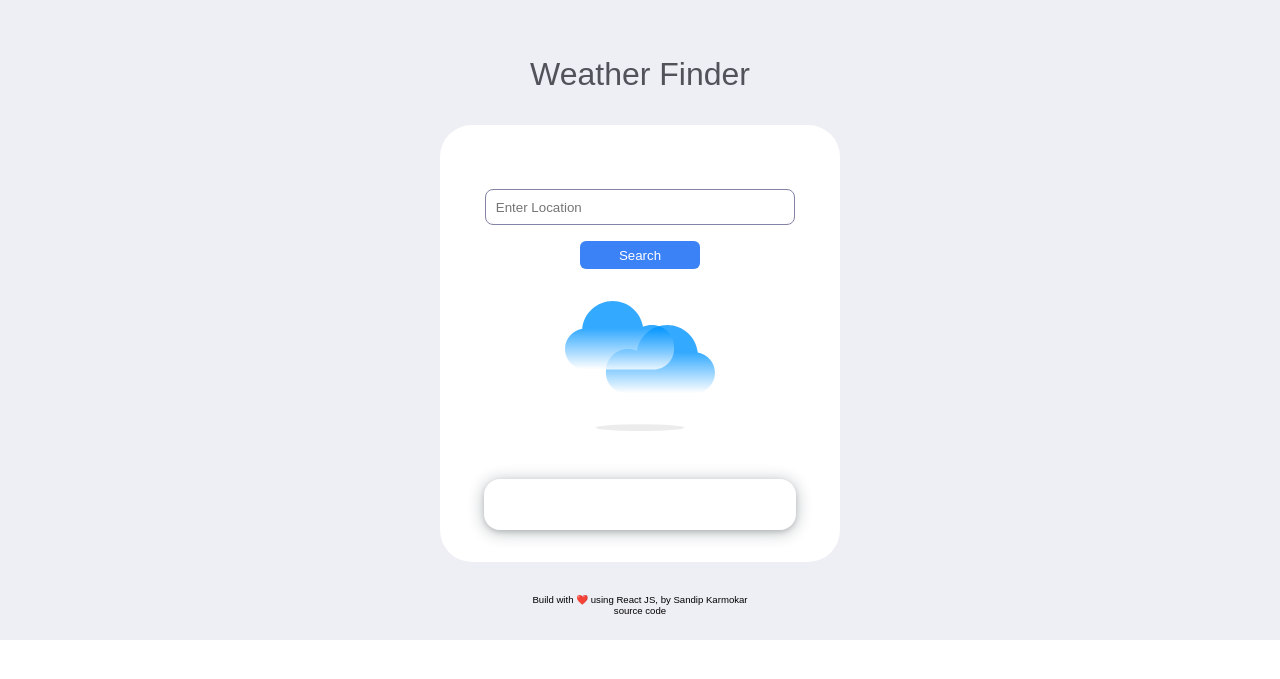
Repository: sandipkarmokar/weather-app
Page: /
The author's editor kept a copy of each file at every save. The page is drawn from the files as they stood at one save, then again after the next save.
The browser window is 1280 px wide. The pictures show the whole page.
The project was rebuilt for these pictures with package versions that can differ from the ones it lists, and the page was loaded fresh each time.

Above is the page before, as saved 2022-04-29 18:51:02.

After the next save:
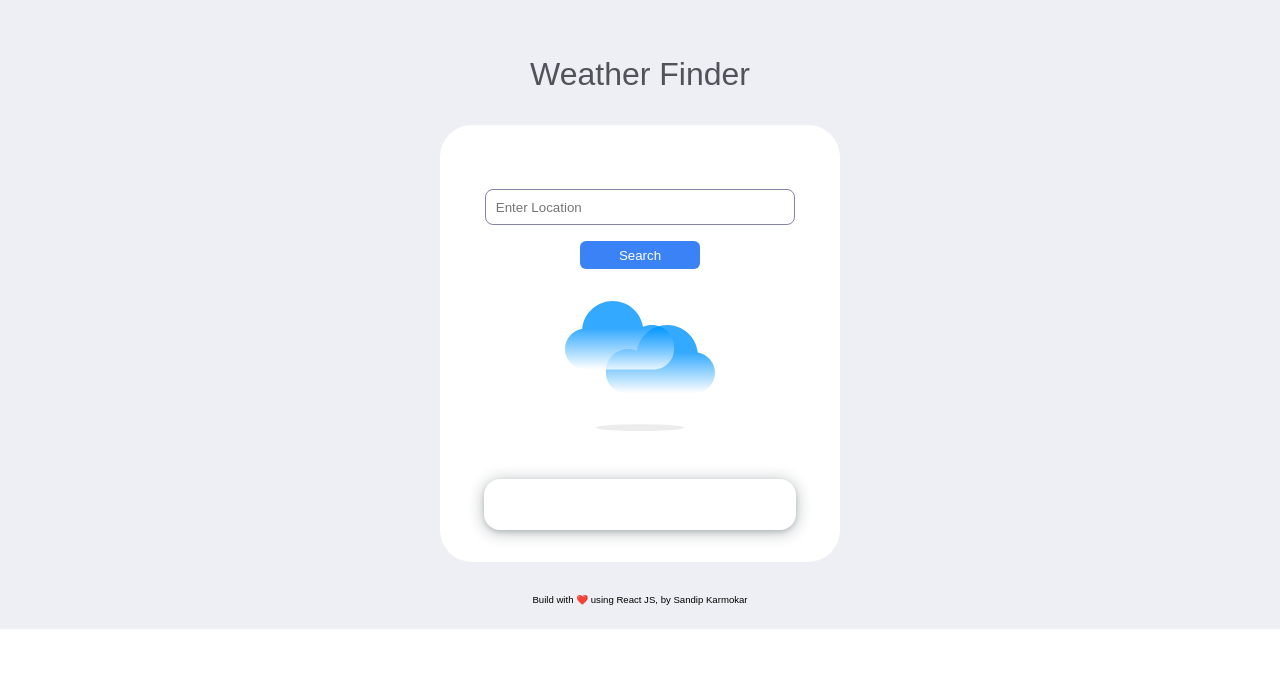
Saved 53 s later.
--- a/src/App.js
+++ b/src/App.js
@@ -45,7 +45,7 @@ function App() {
             </div>
             <footer>
                 <p>Build with ❤️ using React JS, by Sandip Karmokar</p>
-                <p>source code</p>
+                <a href=""></a>
             </footer>
         </div>
     );
